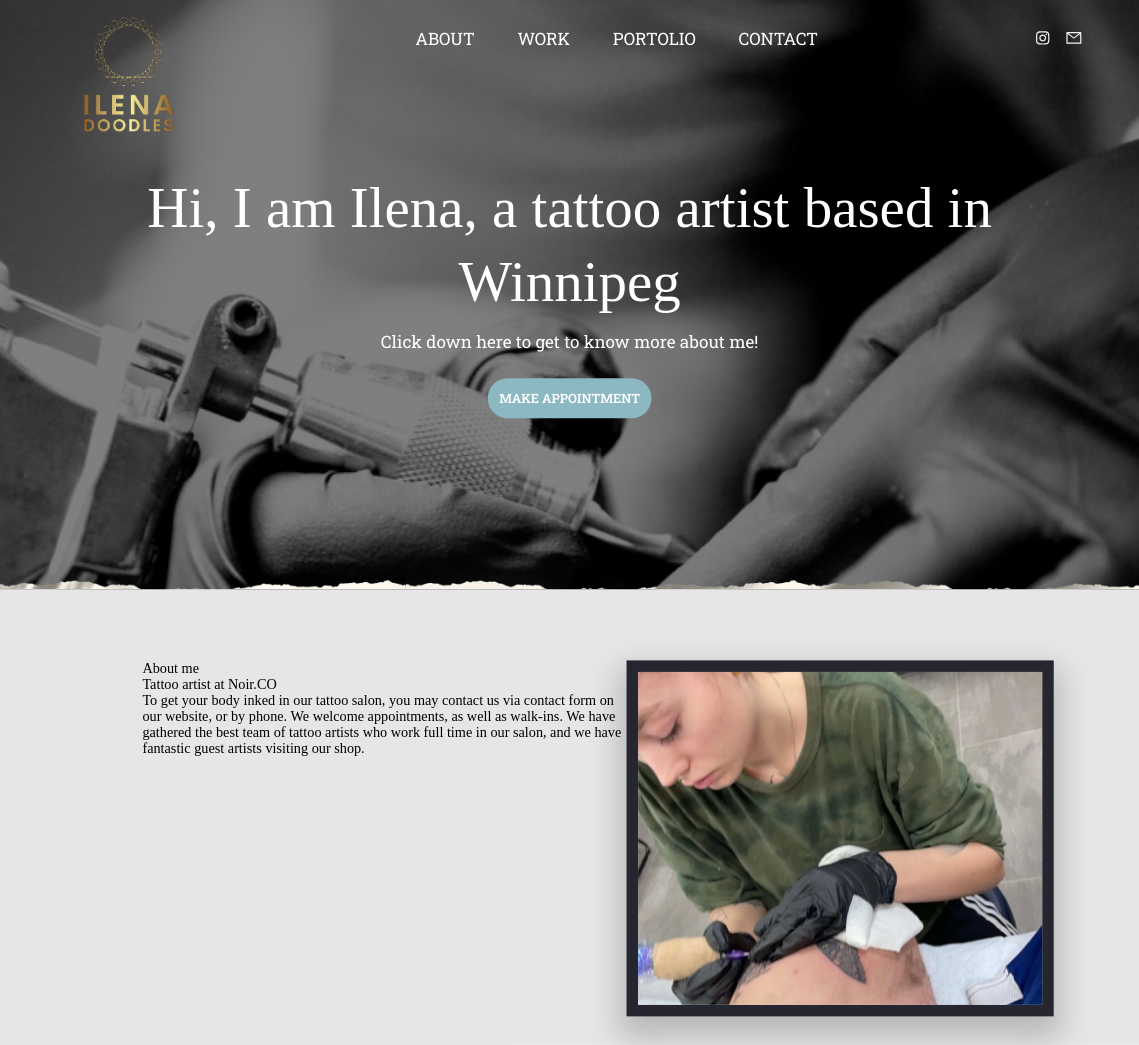
Repository: Leoka2000/Ilena
Page: /
These files come from the project's save history. The page is drawn as it stood at one moment and after the next save; the edit follows.
The browser window is 1280 px wide. The pictures show the whole page, at 89% of full size.
Some web fonts or font styles are not loaded; a fallback is used. The project was rebuilt for these pictures with package versions that can differ from the ones it lists, and the page was loaded fresh each time. Also part of the build but not shown: src/App.css.

Above is the page before, as saved 2023-03-02 13:39:10.

After the next save:
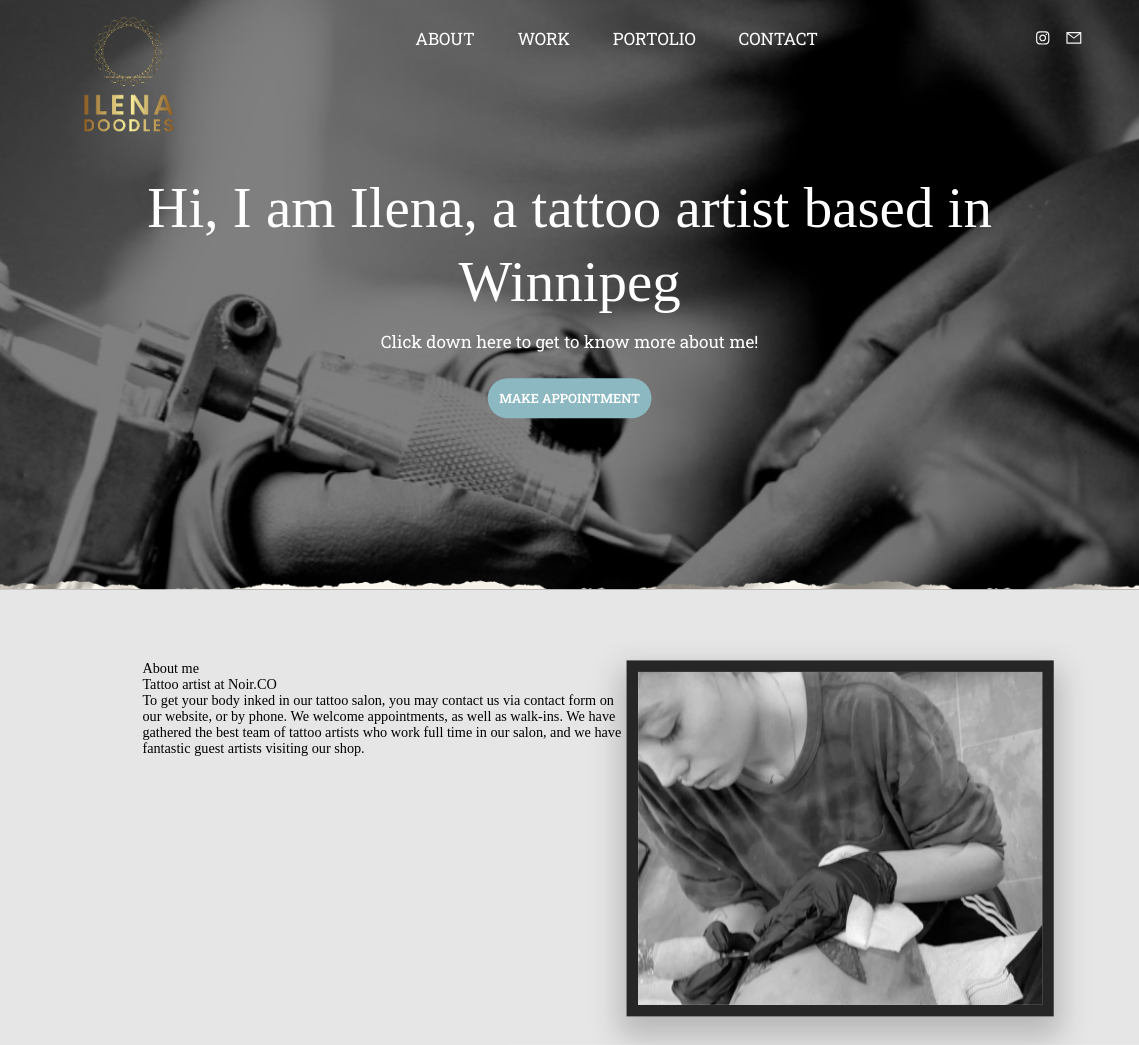
Saved 78 s later.
--- a/src/pages/about/about.css
+++ b/src/pages/about/about.css
@@ -13,6 +13,7 @@
     width: 100%;
     object-fit: cover;
     border: 13px solid #25262f;
+    filter: grayscale(1);
 padding: 0;
 box-shadow: 0 16px 32px 8px rgba(0, 0, 0, 0.2);
 }
